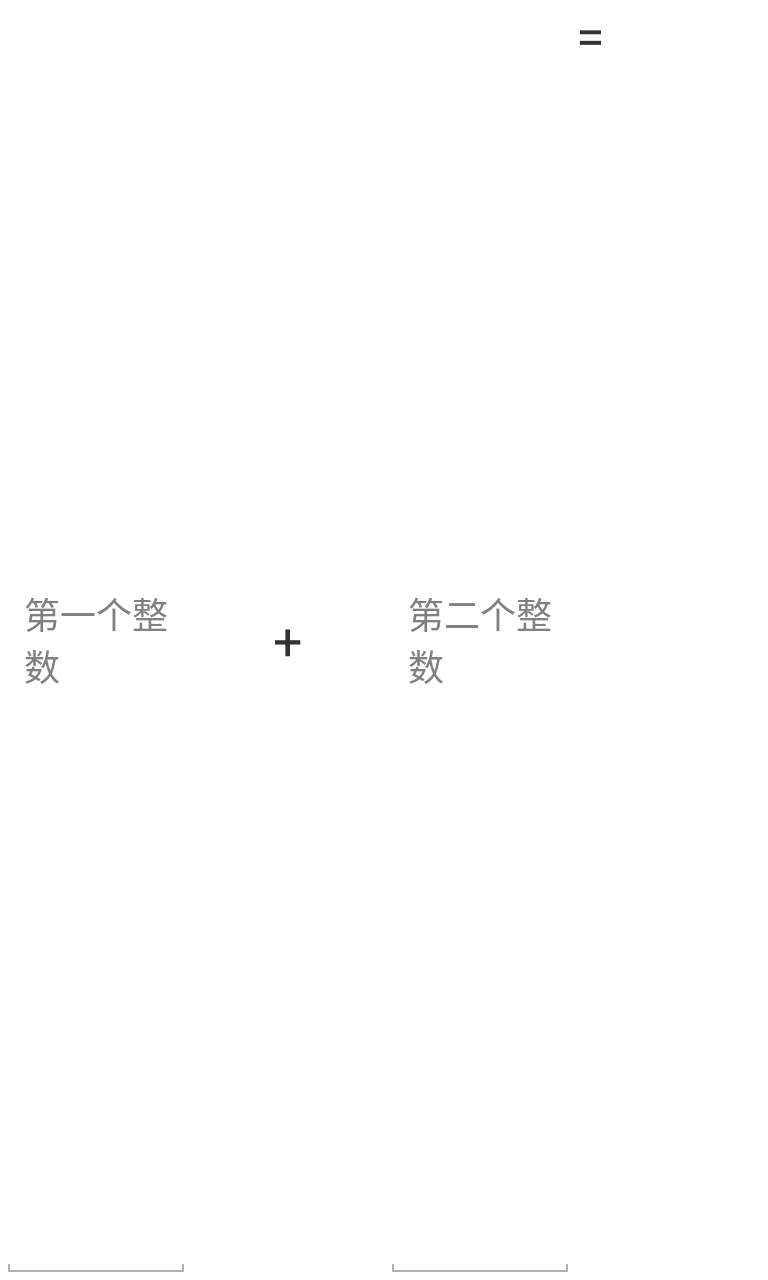
Repository: ouyangshengduo/Android_NDK_First
Layout: Android_NDK_Demo001/res/layout/activity_main.xml
An editor plug-in stored every save of this project. The layout is shown before and after the next save, followed by the edit.
It is drawn on a 768 x 1280 px phone screen (xhdpi) without system bars, with theme AppTheme; the app's code is not run.

Above is the layout before, as saved 2016-06-10 04:17:01.

After the next save:
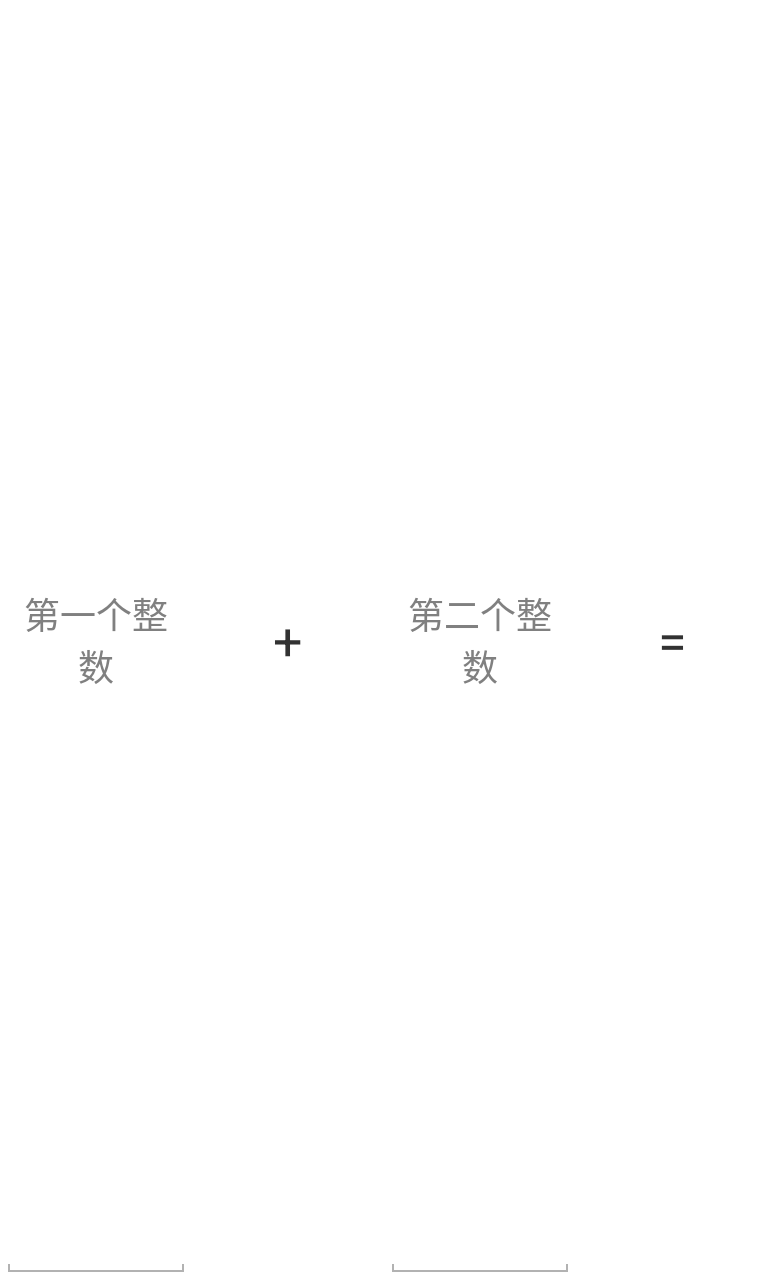
Saved 15 s later.
--- a/Android_NDK_Demo001/res/layout/activity_main.xml
+++ b/Android_NDK_Demo001/res/layout/activity_main.xml
@@ -16,7 +16,7 @@
             android:layout_height="fill_parent"
             android:layout_weight="1"
             android:hint="第一个整数"
-            android:layout_gravity="center"
+            android:gravity="center"
             />
         <TextView
             android:layout_height="fill_parent"
@@ -33,11 +33,13 @@
             android:layout_height="fill_parent"
             android:layout_weight="1"
             android:hint="第二个整数"
+            android:gravity="center"
             />
         <TextView
             android:layout_height="fill_parent"
             android:layout_width="0dp"
             android:layout_weight="1"
+            android:gravity="center"
             android:text="="
             android:textSize="26sp"/>
 
